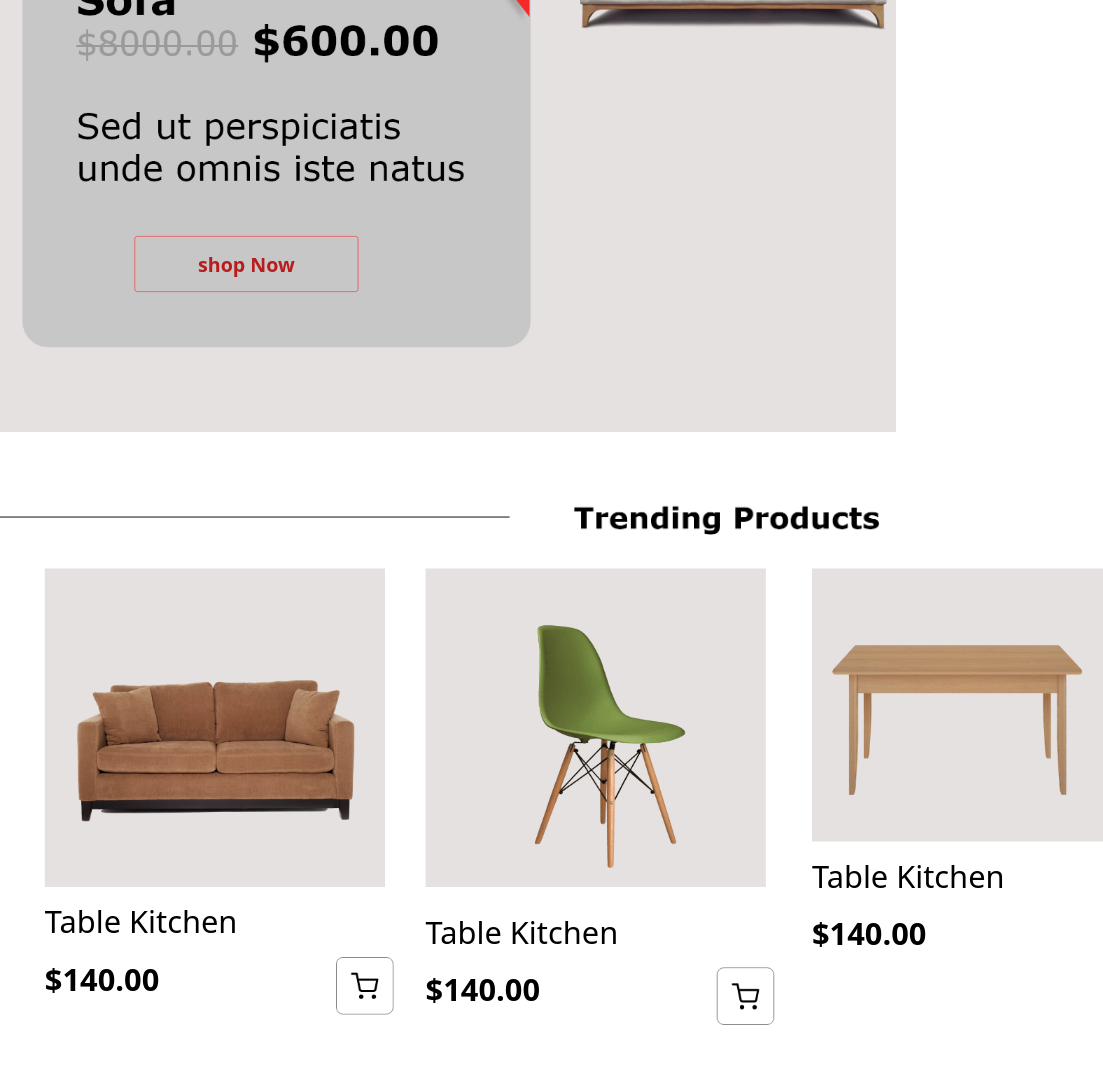
Repository: MEROO1010/creative_home
Page: /
The author's editor kept a copy of each file at every save. The page is drawn from the files as they stood at one save, then again after the next save.
The browser window is 1280 px wide. The page is 1576 px wide, so the pictures cover 1576 px, including what lies to the right of the window. The pictures show the part of the page from y = 2213 to 3773 px (the page is 3773 px tall), at 70% of full size.
The project was rebuilt for these pictures with package versions that can differ from the ones it lists, and the page was loaded fresh each time. The framework's server and built-in components were replaced by stand-ins that run in the browser. Also part of the build but not shown: next.config.js.

Above is the page before, as saved 2022-12-14 10:01:08.

### pages/_app.tsx
import '../styles/globals.css'
import type { AppProps } from 'next/app'

export default function App({ Component, pageProps }: AppProps) {
  return <Component {...pageProps} />


}

### pages/index.tsx
import styles from '../styles/Home.module.css'
import Firstsection from '../components/Firstsection'
import Chair_Sofa from '../components/Chair_Sofa'
import SpecialOffer from '../components/SpecialOffer'
import TrendingProducts from '../components/TrendingProducts'



export default function Home() {
  return (
    <div className='overflow-y-auto'>

    <div>
      <Firstsection/>

      <Chair_Sofa/>

      <SpecialOffer/>
      <TrendingProducts/>





    </div>



    </div>

  )
}

### styles/globals.css
@tailwind base;
@tailwind components;
@tailwind utilities;

@font-face {
    font-family: "verdana";
    src: url('../assets/fonts/verdana.ttf');
    font-weight: normal;
    font-style: normal;
  }

  @font-face {
    font-family: "schuyler";
    src: url('../assets/fonts/Schuyler.ttf');
    font-weight: normal;
    font-style: normal;
  }

### components/Firstsection.tsx
import React from 'react'
import Image from 'next/image'
import first_img from '../assets/images/first_img.png'


const firstsection = () => {
  return (
    <div>
      <Image src={first_img} alt={''}/>
    </div>
  )
}

export default firstsection

### components/Chair_Sofa.tsx
import React from 'react'
import Image from 'next/image'

import Title1 from '../assets/images/title1.png'
import righBtn from '../assets/images/btn-r.png'
import leftBtn from '../assets/images/btn-l.png'




const Chair_Sofa = () => {
  return (
    <div className='my-10  pb-32  static '>
     <div className='my-20 py-4'>
     <Image src={Title1} alt={''}/>
     </div>

     <div className=" absolute   	 right-10	     ">
      <Image src={righBtn} alt={''}/>
      <div className="absolute bottom-60   left-40 mx-10 my-28 bg-transparent hover:bg-gray-500 text-white  text-[32px] font-semibold hover:text-white py-2 px-4 border border-white hover:border-transparent rounded w-394 h-82   "><button>View All Products</button></div>
     </div>

     <div className=" absolute left-10  ">
      <Image src={leftBtn} alt={''}/>
      <div className="absolute bottom-60   left-20 mx-16 my-28 bg-transparent hover:bg-gray-500 text-white  text-[32px] font-semibold hover:text-white py-2 px-4 border border-white hover:border-transparent rounded w-394 h-82   "><button>View All Products</button></div>
     </div>

      <div>

      </div>

   </div>
  )
}

export default Chair_Sofa

### components/SpecialOffer.tsx
import React from 'react'
import Image from 'next/image'
import specialOffer from '../assets/images/specialOffer.png'
import sofa2 from '../assets/images/sofa2.png'
import image2 from '../assets/images/img2.png'




const SpecialOffer = () => {
  return (
    <div className='bottom-100'>
      <div className="relative bg-[#E6E1E1]  py-10    my-80  top-80    ">
        <div className=' py-4 my-4 top-20'>
          <Image src={specialOffer} alt=''/>

         </div>

         <div className='  absolute	left-80 ml-80 mt-20 pl-44  '>
          <Image src={sofa2} alt=''/>

         </div>

         <div className='static mt-40 pl-8	'>
          <Image src={image2} alt=''/>
          <button className=' relative bg-transparent hover:bg-red-500 text-[28px] text-red-700 font-semibold hover:text-white py-4 px-8 border border-red-500 hover:border-transparent rounded mx-40 my-50 bottom-40 w-80 h-20'>shop Now</button>
         </div>
    </div>
    </div>
  )
}

export default SpecialOffer

### components/TrendingProducts.tsx
import React from 'react'
import Image from 'next/image'
import Trending_Products from '../assets/images/trending-products.png'
import Shopping from  '../assets/images/shopping-btn.png'
import Tablekitchen from '../assets/images/Table_Kitchen.png'
import chair1 from '../assets/images/Chair No-arms.png'
import brownSofa from '../assets/images/Brown_Chouch.png'



const TrendingProducts = () => {
  return (
    <div>
     <div className='pt-24'>
        <Image src={Trending_Products} alt=''/>
     </div>

     <div >
      {/*table kitchen */}
     <div className=' absolute ml-80 mt-12 pl-80  left-80'>
       <div className='ml-36 pl-14'>
       <Image src={Tablekitchen} alt=''/>
       <h1 className='text-[44px]  mt-4  font-verdana'>Table Kitchen</h1>
       <h1 className='text-[44px]  mt-4  font-verdana font-bold'>$140.00</h1>
       <button className=' relative ml-80 my-4  pl-24 bottom-20 '><Image src={Shopping} alt=''/> </button>
       </div>
     </div>
       {/*chair noe arms */}
     <div className=' absolute ml-28 mt-12 pl-10  left-20'>
       <div className='ml-80 pl-14'>
       <Image src={chair1} alt=''/>
       <h1 className='text-[44px]  mt-4  font-verdana'>Table Kitchen</h1>
       <h1 className='text-[44px]  mt-4  font-verdana font-bold'>$140.00</h1>
       <button className=' relative ml-80 my-4  pl-24 bottom-20 '><Image src={Shopping} alt=''/> </button>
       </div>
     </div>

      {/*brown chouch */}
      <div className='absolute ml-4 mt-12 pl-2  left-70'>
       <div className='ml-10   '>
       <Image src={brownSofa} alt=''/>
       <h1 className='text-[44px]  mt-4  font-verdana'>Table Kitchen</h1>
       <h1 className='text-[44px]  mt-4  font-verdana font-bold'>$140.00</h1>
       <button className=' relative ml-80 my-4  pl-24 bottom-20 '><Image src={Shopping} alt=''/> </button>
       </div>
     </div>


     </div>
    </div>
  )
}

export default TrendingProducts

### tailwind.config.js
/** @type {import('tailwindcss').Config} */
module.exports = {
  content: [
    "./pages/**/*.{js,ts,jsx,tsx}",
    "./components/**/*.{js,ts,jsx,tsx}",
  ],
  theme: {

    extend: {
      fontFamily:{
        "verdana":['../assets/fonts/verdana.ttf'],
        "schuyler":['../assets/fonts/Schuyler.ttf']
      }
    },
  },
  plugins: [],
}

After the next save:
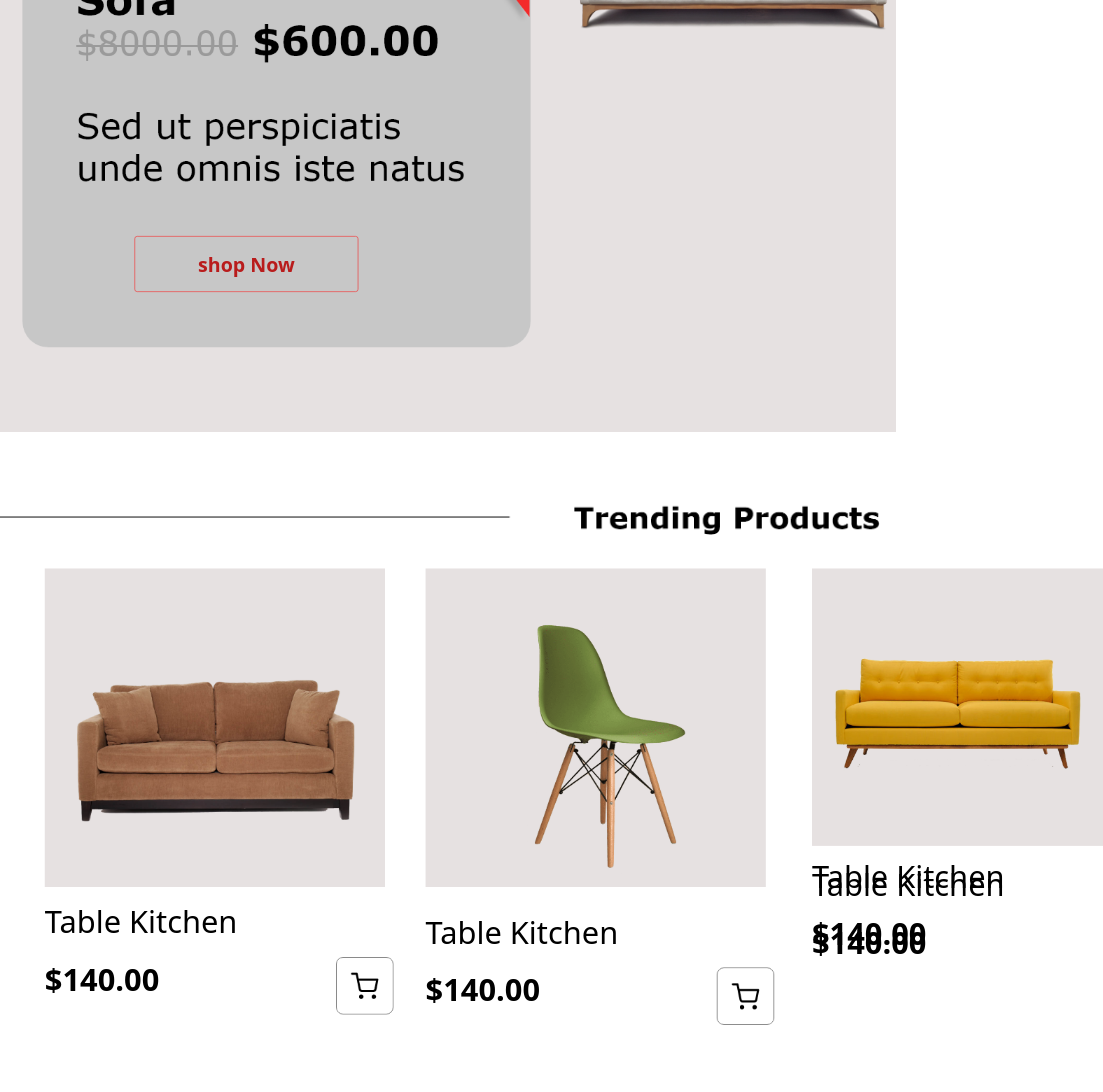
Saved 3 min 9 s later.
--- a/components/TrendingProducts.tsx
+++ b/components/TrendingProducts.tsx
@@ -5,6 +5,7 @@ import Shopping from  '../assets/images/shopping-btn.png'
 import Tablekitchen from '../assets/images/Table_Kitchen.png'
 import chair1 from '../assets/images/Chair No-arms.png'
 import brownSofa from '../assets/images/Brown_Chouch.png'
+import yellowsofa from '../assets/images/Yellow_Sofa.png'
 
 
 
@@ -45,6 +46,16 @@ const TrendingProducts = () => {
        </div>
      </div>
 
+     {/*yellow sofa */}
+     <div className=' absolute ml-80 mt-12 pl-80  left-80'>
+       <div className='ml-36 pl-14'>
+       <Image src={yellowsofa} alt=''/>
+       <h1 className='text-[44px]  mt-4  font-verdana'>Table Kitchen</h1>
+       <h1 className='text-[44px]  mt-4  font-verdana font-bold'>$140.00</h1>
+       <button className=' relative ml-80 my-4  pl-24 bottom-20 '><Image src={Shopping} alt=''/> </button>
+       </div>
+     </div>
+
 
      </div>
     </div>
